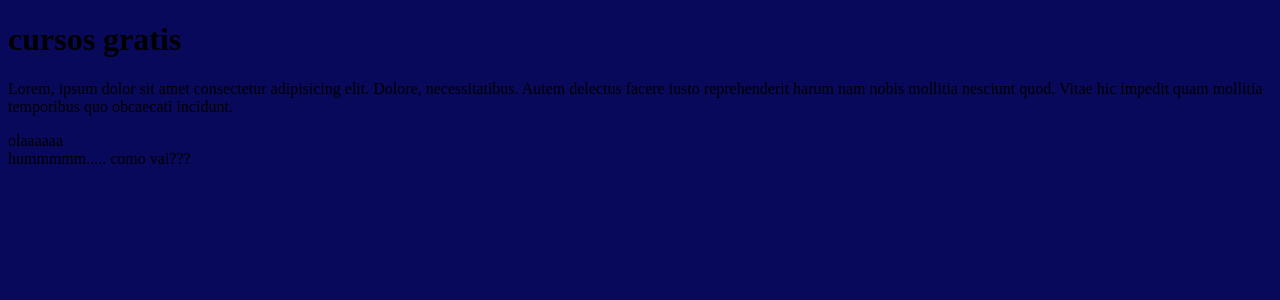
Repository: YuaneCastro/CRIANDO-UM-SITE--CURSO-GIT--GIT-HUB
Page: index.html
The author's editor kept a copy of each file at every save. The page is drawn from the files as they stood at one save, then again after a run of saves.
The browser window is 1280 px wide. The pictures show the whole page.

Above is the page before, as saved 2025-08-14 00:27:40.

After the next 9 saves:
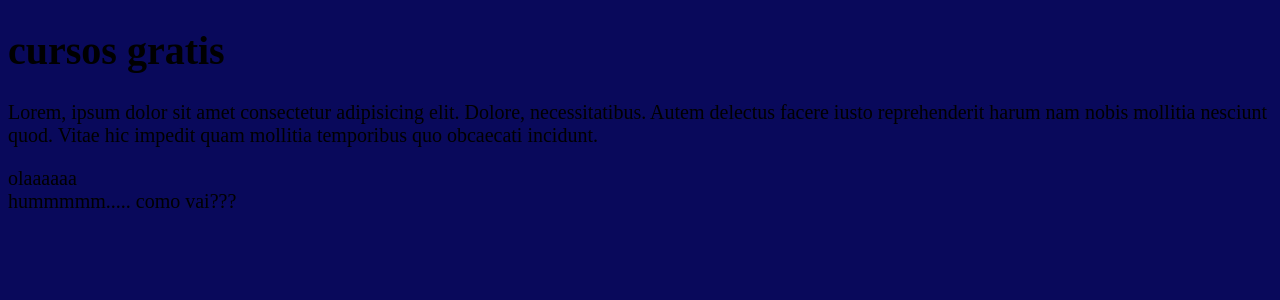
The 9 saves are shown as one change because they came seconds apart.
The last was saved 23 s later.
--- a/index.css
+++ b/index.css
@@ -1,4 +1,5 @@
 body{
     background: rgb(9, 9, 91);
-    font-family:
+    font-size: 20px;
+    font
 }
